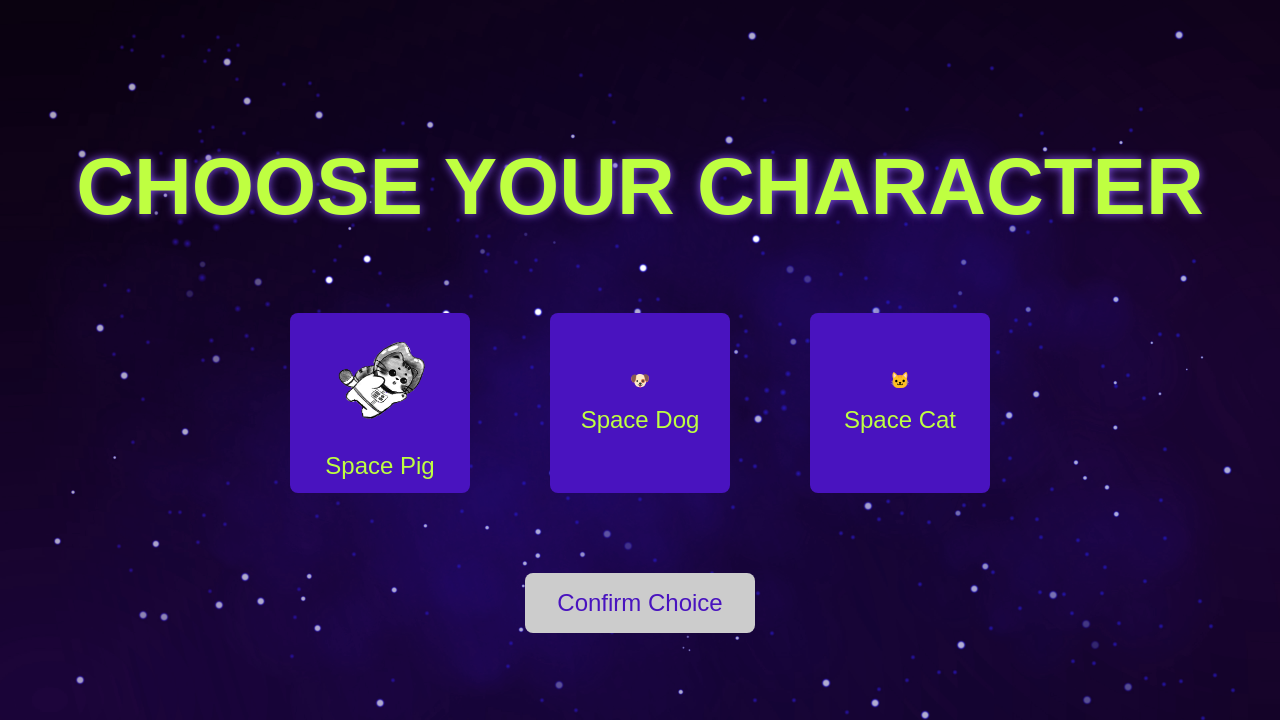
Repository: brunaguarizo/SpaceFarm
Page: index.html
The author's editor kept a copy of each file at every save. The page is drawn from the files as they stood at one save, then again after the next save.
The browser window is 1280 px wide. The pictures show the whole page.
Some web fonts or font styles are not loaded; a fallback is used.

Above is the page before, as saved 2025-04-24 11:34:29.

### index.html
<!DOCTYPE html>
<html lang="en">
    <head>
        <meta charset="UTF-8" />
        <meta
            name="viewport"
            content="width=device-width, initial-scale=1.0" />
        <title>Space Animals Game</title>
        <link
            rel="stylesheet"
            href="styles.css" />

        <link
            rel="preconnect"
            href="https://fonts.googleapis.com" />
        <link
            rel="preconnect"
            href="https://fonts.gstatic.com"
            crossorigin />
        <link
            href="https://fonts.googleapis.com/css2?family=Ranchers&display=swap"
            rel="stylesheet" />
    </head>
    <body>
        <div id="game-container">
            <!-- Character Selection Screen -->
            <div id="character-select">
                <h1>CHOOSE YOUR CHARACTER</h1>
                <div class="character-options">
                    <div
                        class="character-option"
                        data-character="pig">
                        <div class="character-img"><img class="character-img" src="img/cat.png" alt=""></img></div>
                        <div class="character-label">Space Pig</div>
                    </div>
                    <div
                        class="character-option"
                        data-character="dog">
                        <div class="character-icon">🐶</div>
                        <div class="character-label">Space Dog</div>
                    </div>
                    <div
                        class="character-option"
                        data-character="cat">
                        <div class="character-icon">🐱</div>
                        <div class="character-label">Space Cat</div>
                    </div>
                </div>
                <button
                    id="confirm-btn"
                    disabled>
                    Confirm Choice
                </button>
            </div>

            <!-- Game Screen -->
            <div id="game-screen">
                <div id="player"></div>
                <div id="score-container">
                    <div id="score">Score: 0</div>
                    <button id="pause-btn">Pause</button>
                </div>
            </div>

            <!-- Pause Screen -->
            <div id="pause-screen">
                <h2>Game Paused</h2>
                <button id="resume-btn">Resume</button>
            </div>

            <!-- Game Over Screen -->
            <div id="game-over">
                <h2>Game Over</h2>
                <div id="final-score">Score: 0</div>
                <button id="restart-btn">Play Again</button>
            </div>
        </div>

        <script src="script.js"></script>
    </body>
</html>

### styles.css
body {
    margin: 0;
    padding: 0;
    overflow: hidden;
    font-family: var(--font-family);
    background-color: var(--mid-green);
}

#game-container {
    position: relative;
    width: 100vw;
    height: 100vh;
    background-image: url("img/space-bg.jpg");
    background-size: cover;
    overflow: hidden;
}

/* Character Selection Screen */
#character-select {
    position: absolute;
    width: 100%;
    height: 100%;
    display: flex;
    flex-direction: column;
    justify-content: center;
    align-items: center;
    z-index: 10;
}

#character-select h1 {
    color: var(--light-green);
    font-size: var(--header);
    margin-bottom: var(--space-extra-large);
    text-shadow: 0 0 10px var(--mid-purple);
}

.character-options {
    display: flex;
    gap: var(--space-extra-large);
    margin-bottom: var(--space-extra-large);
}

.character-option {
    width: var(--space-huge);
    height: var(--space-huge);
    background-color: var(--dark-purple);
    border-radius: var(--space-small);
    display: flex;
    flex-direction: column;
    align-items: center;
    justify-content: center;
    cursor: pointer;
    transition: transform 0.3s, box-shadow 0.3s;
    padding: var(--space-small);
    border: 2px solid transparent;
}

.character-option:hover {
    transform: scale(1.05);
    box-shadow: 0 0 15px var(--light-purple);
}

.character-option.selected {
    border-color: var(--light-green);
    box-shadow: 0 0 20px var(--light-green);
}

.character-img {
    width: 100%;
    height: auto;
    display: flex;
    justify-content: center;
    align-items: center;
}

.character-label {
    color: var(--light-green);
    font-size: var(--text);
    margin-top: var(--space-regular);
}

#confirm-btn {
    padding: var(--space-regular) var(--space-medium);
    background-color: var(--light-green);
    color: var(--dark-purple);
    border: none;
    border-radius: var(--space-small);
    font-size: var(--text);
    font-family: var(--font-family);
    cursor: pointer;
    transition: background-color 0.3s;
}

#confirm-btn:hover {
    background-color: var(--mid-green);
}

#confirm-btn:disabled {
    background-color: #cccccc;
    cursor: not-allowed;
}

/* Game Screen */
#game-screen {
    display: none;
    position: absolute;
    width: 100%;
    height: 100%;
}

#player {
    position: absolute;
    width: var(--space-large);
    height: var(--space-large);
    left: var(--space-extra-large);
    top: 50%;
    transform: translateY(-50%);
    line-height: 1;
    z-index: 5;
}

.asteroid {
    position: absolute;
    font-size: 30px;
    color: #aaa;
}

#score-container {
    position: absolute;
    top: 20px;
    right: 20px;
    display: flex;
    align-items: center;
    gap: 20px;
    z-index: 5;
}

#score {
    color: white;
    font-size: 24px;
    font-weight: bold;
    background-color: rgba(0, 0, 0, 0.5);
    padding: 10px 20px;
    border-radius: 10px;
}

#pause-btn {
    background-color: rgba(0, 0, 0, 0.5);
    color: white;
    border: none;
    border-radius: 5px;
    font-size: 18px;
    padding: 10px 15px;
    cursor: pointer;
    transition: background-color 0.3s;
}

#pause-btn:hover {
    background-color: rgba(0, 0, 0, 0.7);
}

/* Game Over Screen */
#game-over {
    display: none;
    position: absolute;
    top: 0;
    left: 0;
    width: 100%;
    height: 100%;
    background-color: rgba(0, 0, 0, 0.8);
    z-index: 15;
    flex-direction: column;
    justify-content: center;
    align-items: center;
}

#game-over h2 {
    color: #ff3333;
    font-size: 3.5rem;
    margin-bottom: 1rem;
    text-shadow: 0 0 10px rgba(255, 0, 0, 0.5);
}

#final-score {
    color: white;
    font-size: 2rem;
    margin-bottom: 2rem;
}

#restart-btn {
    padding: 12px 30px;
    background-color: #3366ff;
    color: white;
    border: none;
    border-radius: 5px;
    font-size: 1.2rem;
    cursor: pointer;
    transition: background-color 0.3s;
}

#restart-btn:hover {
    background-color: #2952cc;
}

/* Utility Classes */
.invisible {
    opacity: 0;
}

/* Pause Screen */
#pause-screen {
    display: none;
    position: absolute;
    top: 0;
    left: 0;
    width: 100%;
    height: 100%;
    background-color: rgba(0, 0, 0, 0.7);
    z-index: 12;
    flex-direction: column;
    justify-content: center;
    align-items: center;
    color: white;
}

#pause-screen h2 {
    font-size: 3rem;
    margin-bottom: 2rem;
}

#resume-btn {
    padding: 12px 30px;
    background-color: #4caf50;
    color: white;
    border: none;
    border-radius: 5px;
    font-size: 1.2rem;
    cursor: pointer;
    transition: background-color 0.3s;
}

#resume-btn:hover {
    background-color: #45a049;
}

/* --------------------------- variables  --------------------------- */
:root {
    --font-family: "Ranchers", sans-serif;
    --header: 80px;
    --text: 24px;

    --light-green: #bfff41;
    --mid-green: #a3de1a;
    --dark-green: #46b800;
    --light-pink: #ffc2ec;
    --mid-pink: #f0429c;
    --dark-pink: #910b64;
    --light-purple: #dcccff;
    --mid-purple: #8655ef;
    --dark-purple: #4913bf;

    --space-extra-small: 4px;
    --space-small: 8px;
    --space-regular: 16px;
    --space-medium: 32px;
    --space-large: 48px;
    --space-extra-large: 80px;
    --space-huge: 160px;
}

### script.js
// Game variables
let selectedCharacter = "";
let score = 0;
let playerElement;
let gameRunning = false;
let isPaused = false;
let playerY;
let asteroids = [];
let gameLoopInterval;
let asteroidInterval;
let gameHeight;
let gameWidth;

// Character emoji mapping
const characterEmojis = {
    pig: "🐷",
    dog: "🐶",
    cat: "🐱",
};

// Asteroid options
const asteroidOptions = ["🌑", "☄️", "🪨", "💫"];

// DOM elements
const characterOptions = document.querySelectorAll(".character-option");
const confirmBtn = document.getElementById("confirm-btn");
const characterSelectScreen = document.getElementById("character-select");
const gameScreen = document.getElementById("game-screen");
const pauseBtn = document.getElementById("pause-btn");
const pauseScreen = document.getElementById("pause-screen");
const resumeBtn = document.getElementById("resume-btn");
const gameOverScreen = document.getElementById("game-over");
const finalScoreDisplay = document.getElementById("final-score");
const restartBtn = document.getElementById("restart-btn");
const scoreDisplay = document.getElementById("score");

// Initialize the game
function init() {
    // Character selection event listeners
    characterOptions.forEach((option) => {
        option.addEventListener("click", () => {
            // Remove selected class from all options
            characterOptions.forEach((opt) => opt.classList.remove("selected"));
            // Add selected class to clicked option
            option.classList.add("selected");
            // Store selected character
            selectedCharacter = option.dataset.character;
            // Enable confirm button
            confirmBtn.disabled = false;
        });
    });

    // Confirm button event listener
    confirmBtn.addEventListener("click", startGame);

    // Pause button event listener
    pauseBtn.addEventListener("click", togglePause);

    // Resume button event listener
    resumeBtn.addEventListener("click", togglePause);

    // Restart button event listener
    restartBtn.addEventListener("click", restartGame);

    // Keyboard event listeners
    document.addEventListener("keydown", handleKeyPress);
}

// Start the game
function startGame() {
    // Hide character selection screen
    characterSelectScreen.style.display = "none";
    // Show game screen
    gameScreen.style.display = "block";

    // Set up player
    playerElement = document.getElementById("player");
    playerElement.innerHTML = characterEmojis[selectedCharacter];

    // Initialize variables
    gameHeight = window.innerHeight;
    gameWidth = window.innerWidth;
    score = 0;
    updateScore();
    playerY = gameHeight / 2;
    gameRunning = true;
    isPaused = false;
    asteroids = [];

    // Position player
    updatePlayerPosition();

    // Start game loop
    gameLoopInterval = setInterval(gameLoop, 16); // ~60fps

    // Start spawning asteroids
    spawnAsteroid(); // Spawn first asteroid immediately
    asteroidInterval = setInterval(spawnAsteroid, 1500); // Then every 1.5 seconds
}

// Game loop
function gameLoop() {
    if (!gameRunning || isPaused) return;

    // Move asteroids
    moveAsteroids();

    // Check collisions
    checkCollisions();
}

// Handle keyboard input
function handleKeyPress(e) {
    if (!gameRunning || isPaused) return;

    const moveDistance = 20;

    if (e.key === "ArrowUp" || e.key === "w") {
        // Move up
        playerY = Math.max(50, playerY - moveDistance);
        updatePlayerPosition();
    } else if (e.key === "ArrowDown" || e.key === "s") {
        // Move down
        playerY = Math.min(gameHeight - 50, playerY + moveDistance);
        updatePlayerPosition();
    }
}

// Update player position on screen
function updatePlayerPosition() {
    playerElement.style.top = `${playerY}px`;
}

// Spawn a new asteroid
function spawnAsteroid() {
    if (!gameRunning || isPaused) return;

    // Create asteroid element
    const asteroid = document.createElement("div");
    asteroid.classList.add("asteroid");

    // Set random asteroid type
    const asteroidType =
        asteroidOptions[Math.floor(Math.random() * asteroidOptions.length)];
    asteroid.innerHTML = asteroidType;

    // Set random position (y-axis)
    const asteroidY = Math.random() * (gameHeight - 100) + 50;

    // Set asteroid properties
    asteroid.style.left = `${gameWidth}px`;
    asteroid.style.top = `${asteroidY}px`;

    // Add to game screen
    gameScreen.appendChild(asteroid);

    // Add to asteroids array
    asteroids.push({
        element: asteroid,
        x: gameWidth,
        y: asteroidY,
        speed: Math.random() * 3 + 5, // Random speed between 5-8
        passed: false,
    });
}

// Move all asteroids
function moveAsteroids() {
    for (let i = asteroids.length - 1; i >= 0; i--) {
        const asteroid = asteroids[i];

        // Move asteroid
        asteroid.x -= asteroid.speed;
        asteroid.element.style.left = `${asteroid.x}px`;

        // Check if asteroid passed the player
        if (!asteroid.passed && asteroid.x < 100) {
            asteroid.passed = true;
            score += 10;
            updateScore();
        }

        // Remove asteroid if it's off-screen
        if (asteroid.x < -50) {
            gameScreen.removeChild(asteroid.element);
            asteroids.splice(i, 1);
        }
    }
}

// Check for collisions
function checkCollisions() {
    const playerRect = {
        x: 100,
        y: playerY - 30,
        width: 60,
        height: 60,
    };

    for (const asteroid of asteroids) {
        const asteroidRect = {
            x: asteroid.x,
            y: asteroid.y - 15,
            width: 30,
            height: 30,
        };

        // Check if player and asteroid rectangles intersect
        if (
            playerRect.x < asteroidRect.x + asteroidRect.width &&
            playerRect.x + playerRect.width > asteroidRect.x &&
            playerRect.y < asteroidRect.y + asteroidRect.height &&
            playerRect.y + playerRect.height > asteroidRect.y
        ) {
            // Collision detected
            gameOver();
            return;
        }
    }
}

// Update score display
function updateScore() {
    scoreDisplay.textContent = `Score: ${score}`;
}

// Toggle pause state
function togglePause() {
    isPaused = !isPaused;

    if (isPaused) {
        pauseScreen.style.display = "flex";
    } else {
        pauseScreen.style.display = "none";
    }
}

// Game over
function gameOver() {
    gameRunning = false;

    // Clear intervals
    clearInterval(gameLoopInterval);
    clearInterval(asteroidInterval);

    // Update final score
    finalScoreDisplay.textContent = `Score: ${score}`;

    // Show game over screen
    gameOverScreen.style.display = "flex";
}

// Restart game
function restartGame() {
    // Clear asteroids
    asteroids.forEach((asteroid) => {
        if (asteroid.element.parentNode) {
            asteroid.element.parentNode.removeChild(asteroid.element);
        }
    });

    // Hide game over screen
    gameOverScreen.style.display = "none";

    // Go back to character selection
    gameScreen.style.display = "none";
    characterSelectScreen.style.display = "flex";

    // Reset character selection
    characterOptions.forEach((opt) => opt.classList.remove("selected"));
    confirmBtn.disabled = true;
    selectedCharacter = "";
}

// Initialize the game when the page loads
window.addEventListener("load", init);

After the next save:
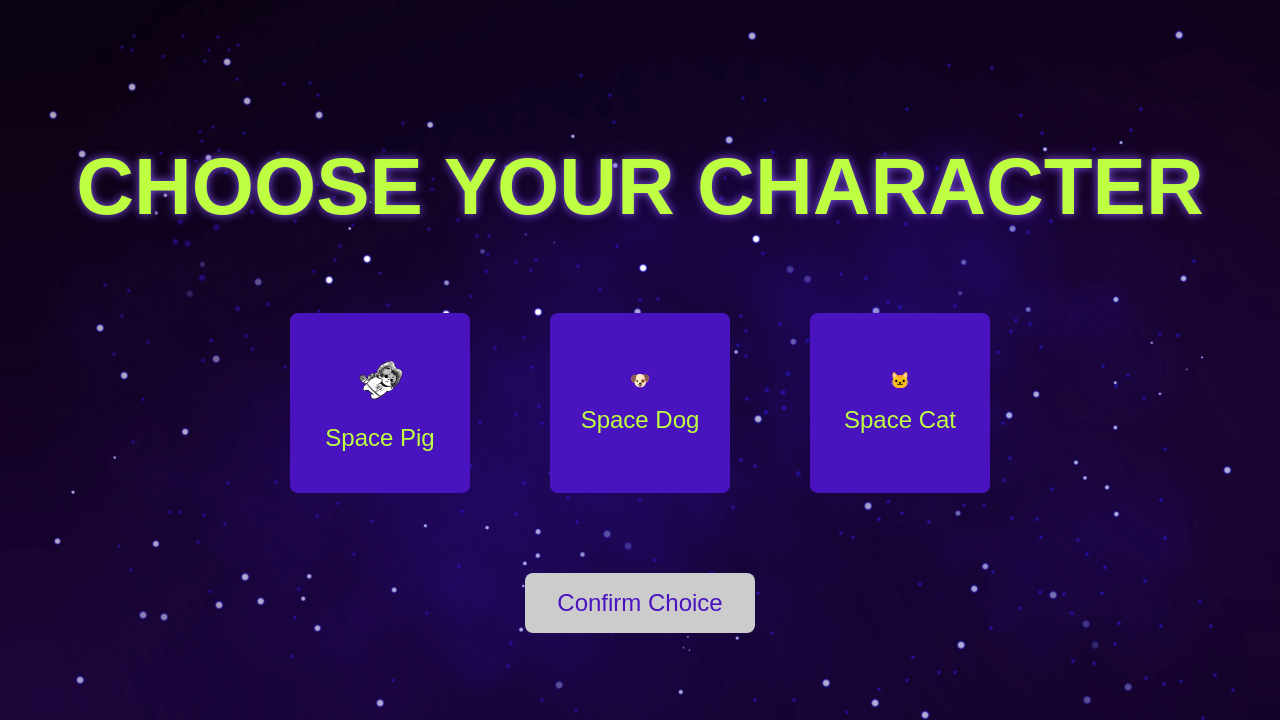
Saved 9 s later.
--- a/styles.css
+++ b/styles.css
@@ -66,7 +66,7 @@ body {
 }
 
 .character-img {
-    width: 100%;
+    width: var(--space-extra-large);
     height: auto;
     display: flex;
     justify-content: center;
